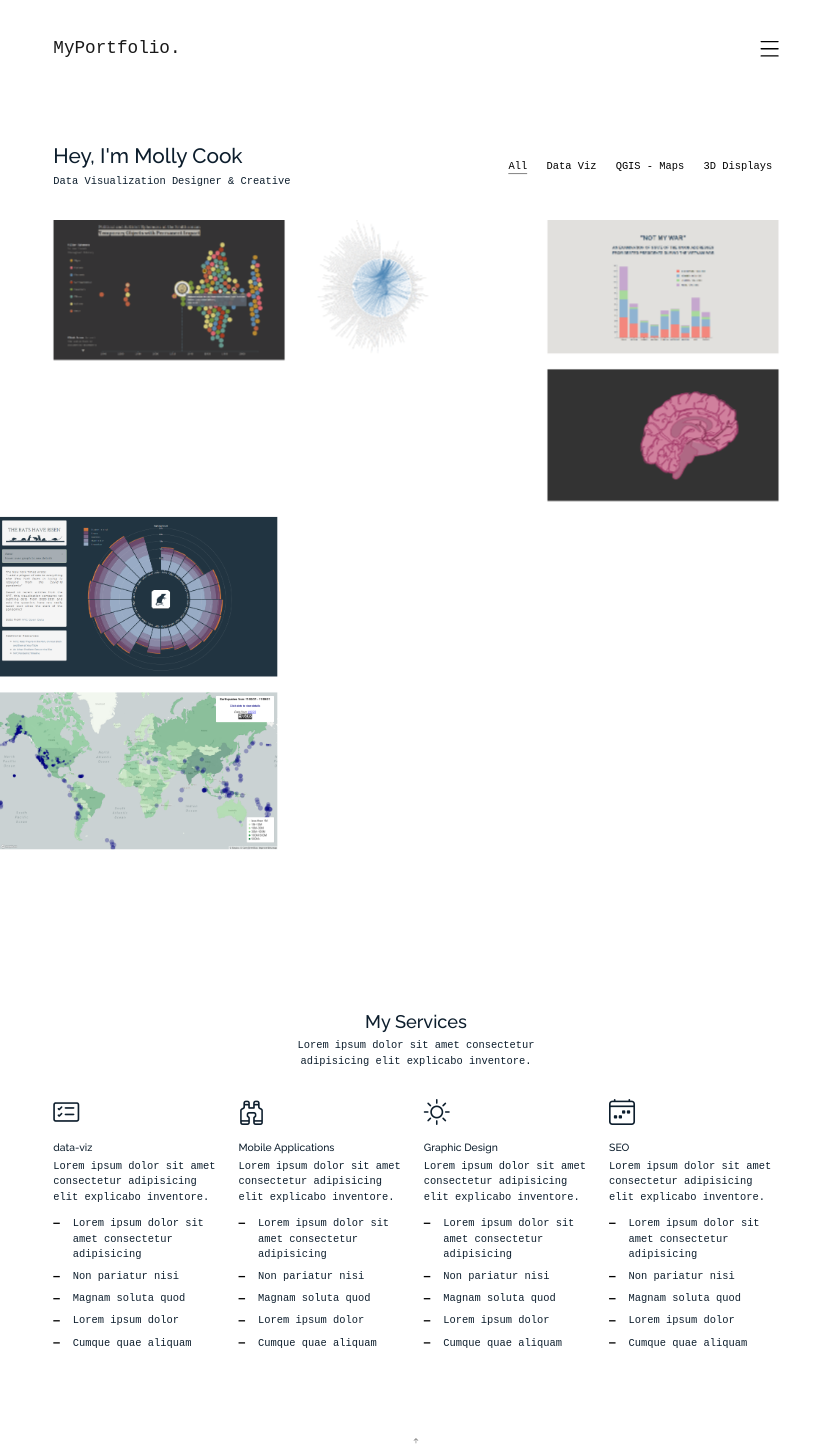
Repository: m0llyc00k/portfolio-2
Page: index.html
The author's editor kept a record of every edit. The page is drawn from the files as they stood at one moment, then again after the next edit.
The browser window is 1280 px wide. The pictures show the whole page, at 65% of full size.
Some web fonts or font styles are not loaded; a fallback is used.

Above is the page before.

### index.html
<!DOCTYPE html>
<html lang="en">

<head>
  <meta charset="utf-8">
  <meta content="width=device-width, initial-scale=1.0" name="viewport">

  <title>Molly Cook's Portfolio</title>
  <meta content="" name="description">
  <meta content="" name="keywords">

  <!-- Favicons -->
  <link href="assets/img/favicon.png" rel="icon">
  <link href="assets/img/apple-touch-icon.png" rel="apple-touch-icon">

  <!-- Google Fonts -->
  <link href="https://fonts.googleapis.com/css?family=https://fonts.googleapis.com/css?family=Inconsolata:400,500,600,700|Raleway:400,400i,500,500i,600,600i,700,700i" rel="stylesheet">

  <!-- Vendor CSS Files -->
  <link href="assets/vendor/aos/aos.css" rel="stylesheet">
  <link href="assets/vendor/bootstrap/css/bootstrap.min.css" rel="stylesheet">
  <link href="assets/vendor/bootstrap-icons/bootstrap-icons.css" rel="stylesheet">
  <link href="assets/vendor/swiper/swiper-bundle.min.css" rel="stylesheet">

  <!-- Template Main CSS File -->
  <link href="assets/css/style.css" rel="stylesheet">

  <!-- =======================================================
  * Template Name: MyPortfolio - v4.7.0
  * Template URL: https://bootstrapmade.com/myportfolio-bootstrap-portfolio-website-template/
  * Author: BootstrapMade.com
  * License: https://bootstrapmade.com/license/
  ======================================================== -->
</head>

<body>

  <!-- ======= Navbar ======= -->
  <div class="collapse navbar-collapse custom-navmenu" id="main-navbar">
    <div class="container py-2 py-md-5">
      <div class="row align-items-start">
        <div class="col-md-2">
          <ul class="custom-menu">
            <li class="active"><a href="index.html">Home</a></li>
            <li><a href="about.html">About Me</a></li>
            <li><a href="services.html">Services</a></li>
            <li><a href="works.html">Works</a></li>
            <li><a href="contact.html">Contact</a></li>
          </ul>
        </div>
        <div class="col-md-6 d-none d-md-block  mr-auto">
          <div class="tweet d-flex">
            <span class="bi bi-twitter text-white mt-2 mr-3"></span>
            <div>
              <p><em>Lorem ipsum dolor sit amet consectetur adipisicing elit. Quisquam necessitatibus incidunt ut officiis explicabo inventore. <br> <a href="#">t.co/v82jsk</a></em></p>
            </div>
          </div>
        </div>
        <div class="col-md-4 d-none d-md-block">
          <h3>Hire Me</h3>
          <p>Lorem ipsum dolor sit amet consectetur adipisicing elit. Quisquam necessitatibus incidunt ut officiisexplicabo inventore. <br> <a href="#">myemail@gmail.com</a></p>
        </div>
      </div>

    </div>
  </div>

  <nav class="navbar navbar-light custom-navbar">
    <div class="container">
      <a class="navbar-brand" href="index.html">MyPortfolio.</a>
      <a href="#" class="burger" data-bs-toggle="collapse" data-bs-target="#main-navbar">
        <span></span>
      </a>
    </div>
  </nav>

  <main id="main">

    <!-- ======= Works Section ======= -->
    <section class="section site-portfolio">
      <div class="container">
        <div class="row mb-5 align-items-center">
          <div class="col-md-12 col-lg-6 mb-4 mb-lg-0" data-aos="fade-up">
            <h2>Hey, I'm Molly Cook</h2>
            <p class="mb-0">Data Visualization Designer &amp; Creative</p>
          </div>
          <div class="col-md-12 col-lg-6 text-start text-lg-end" data-aos="fade-up" data-aos-delay="100">
            <div id="filters" class="filters">
              <a href="#" data-filter="*" class="active">All</a>
              <a href="#" data-filter=".data-viz">Data Viz</a>
              <a href="#" data-filter=".design">QGIS - Maps</a>
              <!--<a href="#" data-filter=".branding">Branding</a>-->
              <a href="#" data-filter=".photography">3D Displays</a>
            </div>
          </div>
        </div>

        <div id="portfolio-grid" class="row no-gutter" data-aos="fade-up" data-aos-delay="200">
          <div class="item data-viz col-sm-6 col-md-4 col-lg-4 mb-4">
            <a href="work-single-bubble.html" class="item-wrap fancybox">
              <div class="work-info">
                <h3>Temporary Objects with Permanent Impact: Ephemera at the Smithsonian</h3>
                <span>Data Viz</span>
              </div>
              <img class="img-fluid" src="assets/img/Cook_hero_image.png">
            </a>
          </div>
          <div class="item data-viz col-sm-6 col-md-4 col-lg-4 mb-4">
            <a href="work-single-chord.html" class="item-wrap fancybox">
              <div class="work-info">
                <h3>Titles and Topics: Ephemera at the Smithsonian</h3>
                <span>Data Viz</span>
              </div>
              <img class="img-fluid" src="assets/img/chord-overview.png">
            </a>
          </div>
          <div class="item data-viz col-sm-6 col-md-4 col-lg-4 mb-4">
            <a href="work-single-war.html" class="item-wrap fancybox">
              <div class="work-info">
                <h3>"Not My War"</h3>
                <span>Data Viz</span>
              </div>
              <img class="img-fluid" src="assets/img/war-overview.png">
            </a>
          </div>


          <div class="item data-viz col-sm-6 col-md-4 col-lg-4 mb-4">
            <a href="work-single-thesis.html" class="item-wrap fancybox">
              <div class="work-info">
                <h3>Thesis - Pain & The Morphine Molecule</h3>
                <span>Under Construction</span>
              </div>
              <img class="img-fluid" src="assets/img/brain.png">
            </a>
          </div>
        </div>
      </div>
                <div class="item data-viz col-sm-6 col-md-4 col-lg-4 mb-4">
            <a href="work-single-rats.html" class="item-wrap fancybox">
              <div class="work-info">
                <h3>The Rats Have Risen</h3>
                <span>Data Viz</span>
              </div>
              <img class="img-fluid" src="assets/img/rats-overview.png">
            </a>
          </div>
          <div class="item data-viz col-sm-6 col-md-4 col-lg-4 mb-4">
            <a href="work-single-quake.html" class="item-wrap fancybox">
              <div class="work-info">
                <h3>Earthquakes, November 2021</h3>
                <span>Data Viz</span>
              </div>
              <img class="img-fluid" src="assets/img/earthquake-overview.png">
            </a>
          </div>
    </section><!-- End  Works Section -->


    <!-- ======= Services Section ======= -->
    <section class="section services">
      <div class="container">
        <div class="row justify-content-center text-center mb-4">
          <div class="col-5">
            <h3 class="h3 heading">My Services</h3>
            <p>Lorem ipsum dolor sit amet consectetur adipisicing elit explicabo inventore.</p>
          </div>
        </div>
        <div class="row">

          <div class="col-12 col-sm-6 col-md-6 col-lg-3">
            <i class="bi bi-card-checklist"></i>
            <h4 class="h4 mb-2">data-viz</h4>
            <p>Lorem ipsum dolor sit amet consectetur adipisicing elit explicabo inventore.</p>
            <ul class="list-unstyled list-line">
              <li>Lorem ipsum dolor sit amet consectetur adipisicing</li>
              <li>Non pariatur nisi</li>
              <li>Magnam soluta quod</li>
              <li>Lorem ipsum dolor</li>
              <li>Cumque quae aliquam</li>
            </ul>
          </div>
          <div class="col-12 col-sm-6 col-md-6 col-lg-3">
            <i class="bi bi-binoculars"></i>
            <h4 class="h4 mb-2">Mobile Applications</h4>
            <p>Lorem ipsum dolor sit amet consectetur adipisicing elit explicabo inventore.</p>
            <ul class="list-unstyled list-line">
              <li>Lorem ipsum dolor sit amet consectetur adipisicing</li>
              <li>Non pariatur nisi</li>
              <li>Magnam soluta quod</li>
              <li>Lorem ipsum dolor</li>
              <li>Cumque quae aliquam</li>
            </ul>
          </div>
          <div class="col-12 col-sm-6 col-md-6 col-lg-3">
            <i class="bi bi-brightness-high"></i>
            <h4 class="h4 mb-2">Graphic Design</h4>
            <p>Lorem ipsum dolor sit amet consectetur adipisicing elit explicabo inventore.</p>
            <ul class="list-unstyled list-line">
              <li>Lorem ipsum dolor sit amet consectetur adipisicing</li>
              <li>Non pariatur nisi</li>
              <li>Magnam soluta quod</li>
              <li>Lorem ipsum dolor</li>
              <li>Cumque quae aliquam</li>
            </ul>
          </div>
          <div class="col-12 col-sm-6 col-md-6 col-lg-3">
            <i class="bi bi-calendar4-week"></i>
            <h4 class="h4 mb-2">SEO</h4>
            <p>Lorem ipsum dolor sit amet consectetur adipisicing elit explicabo inventore.</p>
            <ul class="list-unstyled list-line">
              <li>Lorem ipsum dolor sit amet consectetur adipisicing</li>
              <li>Non pariatur nisi</li>
              <li>Magnam soluta quod</li>
              <li>Lorem ipsum dolor</li>
              <li>Cumque quae aliquam</li>
            </ul>
          </div>
        </div>
      </div>
    </section><!-- End Services Section -->



  <a href="#" class="back-to-top d-flex align-items-center justify-content-center"><i class="bi bi-arrow-up-short"></i></a>

  <!-- Vendor JS Files -->
  <script src="assets/vendor/aos/aos.js"></script>
  <script src="assets/vendor/bootstrap/js/bootstrap.bundle.min.js"></script>
  <script src="assets/vendor/isotope-layout/isotope.pkgd.min.js"></script>
  <script src="assets/vendor/swiper/swiper-bundle.min.js"></script>
  <script src="assets/vendor/php-email-form/validate.js"></script>

  <!-- Template Main JS File -->
  <script src="assets/js/main.js"></script>

</body>

</html>

### assets/css/style.css
/**
* Template Name: MyPortfolio - v4.7.0
* Template URL: https://bootstrapmade.com/myportfolio-bootstrap-portfolio-website-template/
* Author: BootstrapMade.com
* License: https://bootstrapmade.com/license/
*/

/*--------------------------------------------------------------
# General
--------------------------------------------------------------*/
body {
  font-family: "Inconsolata", monospace;
  color: #0d1e2d;
}

a {
  color: #777;
  text-decoration: none;
}

a:hover {
  color: #000;
}

h1, h2, h3, h4, h5, h6, .font-heading {
  font-family: "Raleway", sans-serif;
}

.section {
  padding: 7rem 0;
}

.filters a {
  text-decoration: none;
  color: #000;
  display: inline-block;
  padding-left: 10px;
  padding-right: 10px;
  position: relative;
}
.filters a:hover, .filters a:focus, .filters a:active {
  text-decoration: none;
}
.filters a:hover:before {
  content: "";
  position: absolute;
  left: 10px;
  right: 10px;
  bottom: 0;
  height: 1px;
  background-color: #000;
}
.filters a.active {
  color: #000;
}
.filters a.active:before {
  content: "";
  position: absolute;
  left: 10px;
  right: 10px;
  bottom: 0;
  height: 1px;
  background-color: #000;
}

.item {
  border: none;
  margin-bottom: 30px;
}
.item .item-wrap {
  display: block;
  position: relative;
  overflow: hidden;
}
.item .item-wrap:after {
  z-index: 2;
  position: absolute;
  content: "";
  top: 0;
  left: 0;
  right: 0;
  bottom: 0;
  background: rgba(0, 0, 0, 0.4);
  visibility: hidden;
  opacity: 0;
  transition: 0.3s all ease-in-out;
}
.item .item-wrap img {
  transition: 0.3s transform ease;
  transform: scale(1);
}
.item .item-wrap > .work-info {
  position: absolute;
  top: 50%;
  width: 100%;
  text-align: center;
  z-index: 3;
  transform: translateY(-50%);
  color: #fff;
  opacity: 0;
  visibility: hidden;
  margin-top: 20px;
  transition: 0.3s all ease;
}
.item .item-wrap > .work-info h3 {
  font-size: 20px;
  margin-bottom: 0;
}
.item .item-wrap > .work-info span {
  font-size: 14px;
  text-transform: uppercase;
  letter-spacing: 0.2rem;
}
.item .item-wrap:hover {
  text-decoration: none;
}
.item .item-wrap:hover img {
  transform: scale(1.05);
}
.item .item-wrap:hover:after {
  opacity: 1;
  visibility: visible;
}
.item .item-wrap:hover .work-info {
  margin-top: 0px;
  opacity: 1;
  visibility: visible;
}

.testimonial-wrap {
  padding: 50px 50px 80px 50px;
  background: #eceff2;
}
.testimonial-wrap .testimonial {
  text-align: center;
  max-width: 500px;
  margin: 0 auto;
}
.testimonial-wrap .testimonial img {
  border-radius: 50%;
  width: 120px;
  margin: 0 auto 30px auto;
}
.testimonial-wrap .testimonial blockquote p {
  font-size: 20px;
}

.h3 {
  font-size: 20px;
}

.h4 {
  font-size: 16px;
}

.heading {
  font-size: 28px;
}

.readmore {
  display: inline-block;
  border: 1px solid #000;
  padding: 10px 15px;
  font-size: 12px;
  text-transform: uppercase;
  color: #000;
  transition: 0.2s all ease;
  font-weight: 700;
}
.readmore:active, .readmore:focus, .readmore:hover {
  outline: none;
}
.readmore:hover {
  color: #fff;
  text-decoration: none;
  background: #000;
}

.testimonials-slider .swiper-pagination {
  margin-top: -60px;
  position: relative;
}
.testimonials-slider .swiper-pagination .swiper-pagination-bullet {
  width: 12px;
  height: 12px;
  background-color: rgba(13, 30, 45, 0.3);
  opacity: 1;
}
.testimonials-slider .swiper-pagination .swiper-pagination-bullet-active {
  background-color: rgba(13, 30, 45, 0.6);
}

.sticky-content {
  position: sticky;
  position: -webkit-sticky;
  top: 0;
  /* required */
}

.list-line li {
  margin-bottom: 10px;
  position: relative;
  padding-left: 30px;
}
.list-line li:before {
  content: "";
  position: absolute;
  left: 0;
  top: 0.7rem;
  width: 10px;
  height: 2px;
  background: #000;
}

.form-control {
  border-radius: 0;
  background: #f8f9fa;
  border: 1px solid transparent;
  padding-top: 10px !important;
  padding-bottom: 10px !important;
}
.form-control:active, .form-control:focus {
  background: #eff1f4;
  outline: none;
  box-shadow: none;
  border: 1px solid transparent;
}

.custom-progress {
  height: 7px;
  border-radius: 0;
}
.custom-progress .progress-bar {
  background: #000;
}

/* Services */
.services i {
  font-size: 40px;
}
.services h4 {
  padding-top: 10px;
}

/* Contact Form */
.php-email-form .error-message {
  display: none;
  color: #fff;
  background: #ed3c0d;
  text-align: left;
  padding: 15px;
  font-weight: 600;
}
.php-email-form .error-message br + br {
  margin-top: 25px;
}
.php-email-form .sent-message {
  display: none;
  color: #fff;
  background: #18d26e;
  text-align: center;
  padding: 15px;
  font-weight: 600;
}
.php-email-form .loading {
  display: none;
  background: #fff;
  text-align: center;
  padding: 15px;
}
.php-email-form .loading:before {
  content: "";
  display: inline-block;
  border-radius: 50%;
  width: 24px;
  height: 24px;
  margin: 0 10px -6px 0;
  border: 3px solid #18d26e;
  border-top-color: #eee;
  -webkit-animation: animate-loading 1s linear infinite;
  animation: animate-loading 1s linear infinite;
}

@-webkit-keyframes animate-loading {
  0% {
    transform: rotate(0deg);
  }
  100% {
    transform: rotate(360deg);
  }
}

@keyframes animate-loading {
  0% {
    transform: rotate(0deg);
  }
  100% {
    transform: rotate(360deg);
  }
}
/*--------------------------------------------------------------
# Header
--------------------------------------------------------------*/
/* Custom Navmenu */
.custom-navmenu {
  background: #0d1e2d;
}
.custom-navmenu .custom-menu, .custom-navmenu .custom-menu li {
  padding: 0;
  margin: 0;
  list-style: none;
}
.custom-navmenu .custom-menu li {
  margin-bottom: 0;
  font-size: 20px;
}
.custom-navmenu .custom-menu li a {
  color: #fff;
  padding: 10px 0 !important;
}
.custom-navmenu .custom-menu li a:hover {
  text-decoration: none;
}
.custom-navmenu .custom-menu li.active a {
  text-decoration: underline;
}
.custom-navmenu h3 {
  font-size: 20px;
  color: #fff;
}
.custom-navmenu p {
  color: rgba(255, 255, 255, 0.6);
}
.custom-navmenu a {
  color: rgba(255, 255, 255, 0.7);
}
.custom-navmenu a:hover {
  color: #fff;
}

/* Custom Navbar */
.custom-navbar {
  padding-top: 50px;
  width: 100%;
}
@media (max-width: 780px) {
  .custom-navbar > .container {
    padding-right: 0;
    padding-left: 0;
  }
}
.custom-navbar .navbar-brand {
  font-size: 1.7rem;
}

/* Burger */
.burger {
  width: 28px;
  height: 32px;
  cursor: pointer;
  position: relative;
}

.burger:before, .burger span, .burger:after {
  width: 100%;
  height: 2px;
  display: block;
  background: #000;
  border-radius: 2px;
  position: absolute;
  opacity: 1;
}

.burger:before, .burger:after {
  transition: top 0.35s cubic-bezier(0.23, 1, 0.32, 1), transform 0.35s cubic-bezier(0.23, 1, 0.32, 1), opacity 0.35s cubic-bezier(0.23, 1, 0.32, 1), background-color 1.15s cubic-bezier(0.86, 0, 0.07, 1);
  -webkit-transition: top 0.35s cubic-bezier(0.23, 1, 0.32, 1), -webkit-transform 0.35s cubic-bezier(0.23, 1, 0.32, 1), opacity 0.35s cubic-bezier(0.23, 1, 0.32, 1), background-color 1.15s cubic-bezier(0.86, 0, 0.07, 1);
  content: "";
}

.burger:before {
  top: 4px;
}

.burger span {
  top: 15px;
}

.burger:after {
  top: 26px;
}

/* Hover */
.burger:hover:before {
  top: 7px;
}

.burger:hover:after {
  top: 23px;
}

/* Click */
.burger.active span {
  opacity: 0;
}

.burger.active:before, .burger.active:after {
  top: 40%;
}

.burger.active:before {
  transform: rotate(45deg);
}

.burger.active:after {
  transform: rotate(-45deg);
}

.burger:focus {
  outline: none;
}

/*--------------------------------------------------------------
# Footer
--------------------------------------------------------------*/
.footer {
  padding: 0 0 4rem 0;
}
.footer a {
  color: #000;
}

.social a {
  display: inline-block;
  width: 50px;
  height: 50px;
  border-radius: 50%;
  background: #f8f9fa;
  position: relative;
  text-align: center;
  color: #0d1e2d;
}
.social a span {
  display: inline-block;
  left: 50%;
  position: absolute;
  top: 50%;
  transform: translate(-50%, -50%);
}
.social a:hover {
  color: #000;
}

### assets/js/main.js
/**
* Template Name: MyPortfolio - v4.7.0
* Template URL: https://bootstrapmade.com/myportfolio-bootstrap-portfolio-website-template/
* Author: BootstrapMade.com
* License: https://bootstrapmade.com/license/
*/
(function() {
  "use strict";

  /**
   * Easy selector helper function
   */
  const select = (el, all = false) => {
    el = el.trim()
    if (all) {
      return [...document.querySelectorAll(el)]
    } else {
      return document.querySelector(el)
    }
  }

  /**
   * Easy event listener function
   */
  const on = (type, el, listener, all = false) => {
    let selectEl = select(el, all)
    if (selectEl) {
      if (all) {
        selectEl.forEach(e => e.addEventListener(type, listener))
      } else {
        selectEl.addEventListener(type, listener)
      }
    }
  }

  /**
   * Easy on scroll event listener
   */
  const onscroll = (el, listener) => {
    el.addEventListener('scroll', listener)
  }

  /**
   * burgerMenu
   */
  const burgerMenu = select('.burger')
  on('click', '.burger', function(e) {
    burgerMenu.classList.toggle('active');
  })

  /**
   * Porfolio isotope and filter
   */
  window.addEventListener('load', () => {
    let portfolioContainer = select('#portfolio-grid');
    if (portfolioContainer) {
      let portfolioIsotope = new Isotope(portfolioContainer, {
        itemSelector: '.item',
      });

      let portfolioFilters = select('#filters a', true);

      on('click', '#filters a', function(e) {
        e.preventDefault();
        portfolioFilters.forEach(function(el) {
          el.classList.remove('active');
        });
        this.classList.add('active');

        portfolioIsotope.arrange({
          filter: this.getAttribute('data-filter')
        });
        portfolioIsotope.on('arrangeComplete', function() {
          AOS.refresh()
        });
      }, true);
    }

  });

  /**
   * Testimonials slider
   */
  new Swiper('.testimonials-slider', {
    speed: 600,
    loop: true,
    autoplay: {
      delay: 5000,
      disableOnInteraction: false
    },
    slidesPerView: 'auto',
    pagination: {
      el: '.swiper-pagination',
      type: 'bullets',
      clickable: true
    }
  });

  /**
   * Animation on scroll
   */
  window.addEventListener('load', () => {
    AOS.init({
      duration: 1000,
      easing: 'ease-in-out',
      once: true,
      mirror: false
    })
  });

})()

Loaded but not shown: assets/vendor/aos/aos.css (library); assets/vendor/bootstrap/css/bootstrap.min.css (library); assets/vendor/bootstrap-icons/bootstrap-icons.css (library); assets/vendor/swiper/swiper-bundle.min.css (library); assets/vendor/aos/aos.js (library); assets/vendor/bootstrap/js/bootstrap.bundle.min.js (library); assets/vendor/isotope-layout/isotope.pkgd.min.js (library); assets/vendor/swiper/swiper-bundle.min.js (library); assets/vendor/php-email-form/validate.js (common file)

After the next edit:
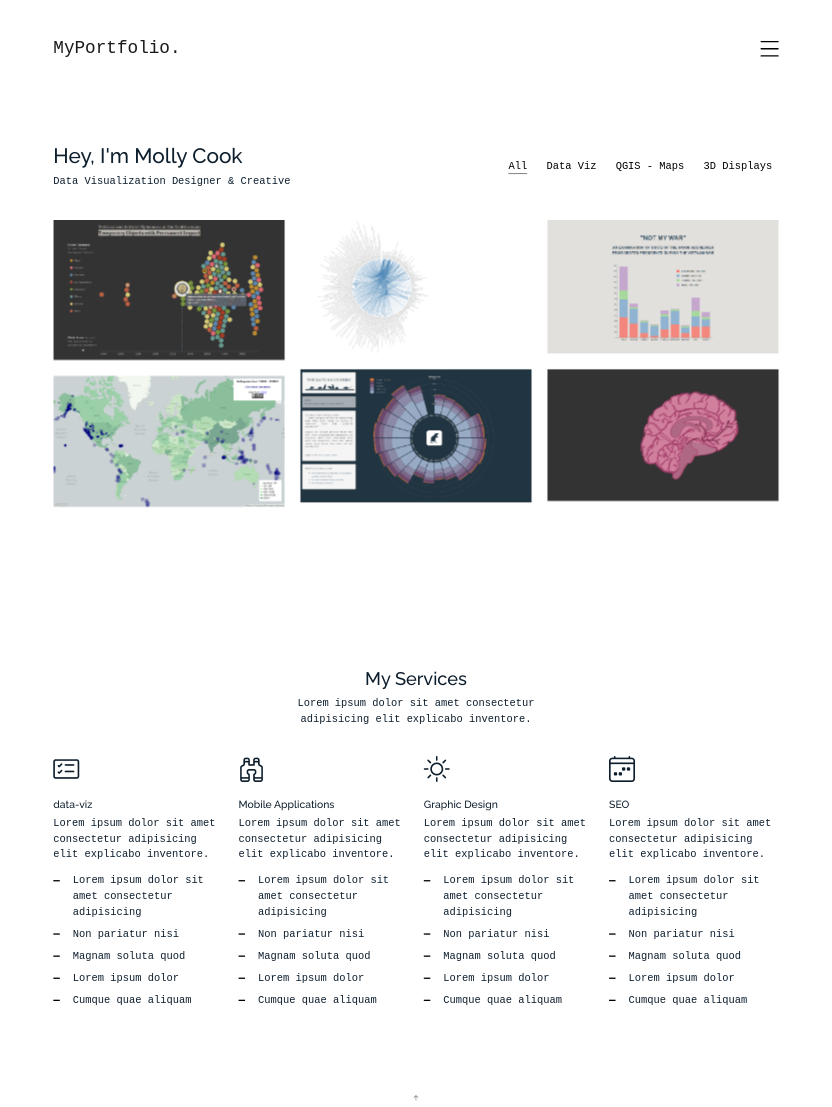
The edit:
--- a/index.html
+++ b/index.html
@@ -134,26 +134,28 @@
               <img class="img-fluid" src="assets/img/brain.png">
             </a>
           </div>
-        </div>
+                  <div class="item data-viz col-sm-6 col-md-4 col-lg-4 mb-4">
+          <a href="work-single-rats.html" class="item-wrap fancybox">
+            <div class="work-info">
+              <h3>The Rats Have Risen</h3>
+              <span>Data Viz</span>
+            </div>
+            <img class="img-fluid" src="assets/img/rats-overview.png">
+          </a>
+        </div>
+        <div class="item data-viz col-sm-6 col-md-4 col-lg-4 mb-4">
+          <a href="work-single-quake.html" class="item-wrap fancybox">
+            <div class="work-info">
+              <h3>Earthquakes, November 2021</h3>
+              <span>Data Viz</span>
+            </div>
+            <img class="img-fluid" src="assets/img/earthquake-overview.png">
+          </a>
+        </div>
+        </div>
+
       </div>
-                <div class="item data-viz col-sm-6 col-md-4 col-lg-4 mb-4">
-            <a href="work-single-rats.html" class="item-wrap fancybox">
-              <div class="work-info">
-                <h3>The Rats Have Risen</h3>
-                <span>Data Viz</span>
-              </div>
-              <img class="img-fluid" src="assets/img/rats-overview.png">
-            </a>
-          </div>
-          <div class="item data-viz col-sm-6 col-md-4 col-lg-4 mb-4">
-            <a href="work-single-quake.html" class="item-wrap fancybox">
-              <div class="work-info">
-                <h3>Earthquakes, November 2021</h3>
-                <span>Data Viz</span>
-              </div>
-              <img class="img-fluid" src="assets/img/earthquake-overview.png">
-            </a>
-          </div>
+
     </section><!-- End  Works Section -->
 
 
@@ -222,17 +224,17 @@
 
 
 
-  <a href="#" class="back-to-top d-flex align-items-center justify-content-center"><i class="bi bi-arrow-up-short"></i></a>
-
-  <!-- Vendor JS Files -->
-  <script src="assets/vendor/aos/aos.js"></script>
-  <script src="assets/vendor/bootstrap/js/bootstrap.bundle.min.js"></script>
-  <script src="assets/vendor/isotope-layout/isotope.pkgd.min.js"></script>
-  <script src="assets/vendor/swiper/swiper-bundle.min.js"></script>
-  <script src="assets/vendor/php-email-form/validate.js"></script>
-
-  <!-- Template Main JS File -->
-  <script src="assets/js/main.js"></script>
+    <a href="#" class="back-to-top d-flex align-items-center justify-content-center"><i class="bi bi-arrow-up-short"></i></a>
+
+    <!-- Vendor JS Files -->
+    <script src="assets/vendor/aos/aos.js"></script>
+    <script src="assets/vendor/bootstrap/js/bootstrap.bundle.min.js"></script>
+    <script src="assets/vendor/isotope-layout/isotope.pkgd.min.js"></script>
+    <script src="assets/vendor/swiper/swiper-bundle.min.js"></script>
+    <script src="assets/vendor/php-email-form/validate.js"></script>
+
+    <!-- Template Main JS File -->
+    <script src="assets/js/main.js"></script>
 
 </body>
 
